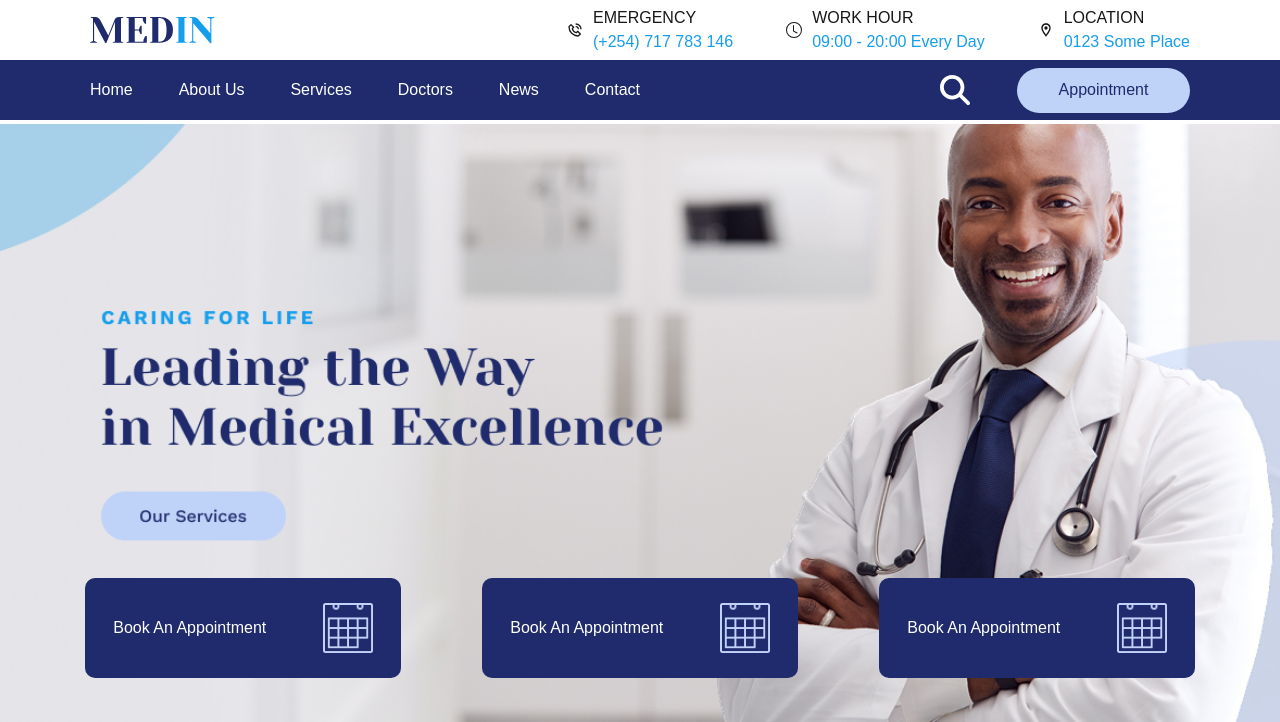
Repository: SynHK3/Poc_Hospital
Page: /home (app in fe_hospital/)
The author's editor kept a copy of each file at every save. The page is drawn from the files as they stood at one save, then again after the next save.
The browser window is 1280 px wide. The pictures show the whole page.
The project was rebuilt for these pictures with package versions that can differ from the ones it lists, and the page was loaded fresh each time. The framework's server and built-in components were replaced by stand-ins that run in the browser. Also part of the build but not shown: fe_hospital/next.config.ts.

Above is the page before, as saved 2025-09-02 14:40:46.

### fe_hospital/src/app/home/page.tsx
import Header from "@/components/header/header";
import Image from "next/image";
import IntroDuce from "./images/home_introduce.png";
import Calendar from "./images/home__calendar.png";
import Teams from "./images/home_teams.png";
import Cash from "./images/home_cash.png";

import "./home.css";

export default function Home() {
  return (
    <div>
      <Header></Header>
      <div className="relative w-full h-[83vh] mt-1 ">
        <Image src={IntroDuce} alt="Logo" fill className="object-cover" />
        <div className="container__content--home">
          <div className="layout--content--home">
            <div className="content__btn--future--item">
              <h1>Book An Appointment</h1>

              <Image src={Calendar} width={50} height={50} alt=""></Image>
            </div>

            <div className="content__btn--future--item">
              <h1>Book An Appointment</h1>

              <Image src={Calendar} width={50} height={50} alt=""></Image>
            </div>

            <div className="content__btn--future--item">
              <h1>Book An Appointment</h1>

              <Image src={Calendar} width={50} height={50} alt=""></Image>
            </div>
          </div>
        </div>
      </div>
    </div>
  );
}

### fe_hospital/src/components/header/header.tsx
import Logo from "../../images/Logo.svg";
import Image from "next/image";
import { BiPhoneCall } from "react-icons/bi";
import { FaMagnifyingGlass } from "react-icons/fa6";
import { BsClock } from "react-icons/bs";
import { MdOutlineLocationOn } from "react-icons/md";
import "./header.css";

export default function Header() {
  return (
    <div className="container__header">
      <div className="header__layout">
        <div className="header__headline">
          <Image src={Logo} width={125} height={42} alt=""></Image>

          <div className="header__headline--info">
            <div className="header__headline--info--item">
              <BiPhoneCall className="icon__info--item"></BiPhoneCall>

              <div className="header__headline--info--desc">
                <h3>EMERGENCY</h3>
                <h5>(+254) 717 783 146</h5>
              </div>
            </div>

            <div className="header__headline--info--item">
              <BsClock className="icon__info--item"></BsClock>

              <div className="header__headline--info--desc">
                <h3>WORK HOUR</h3>
                <h5>09:00 - 20:00 Every Day</h5>
              </div>
            </div>

            <div className="header__headline--info--item">
              <MdOutlineLocationOn className="icon__info--item"></MdOutlineLocationOn>

              <div className="header__headline--info--desc">
                <h3>LOCATION</h3>
                <h5>0123 Some Place</h5>
              </div>
            </div>
          </div>
        </div>

        <div className="header__nav">
          <div className="layout__header--nav">
            <ul className="header__list--nav">
              <li>Home</li>
              <li>About Us</li>
              <li>Services</li>
              <li>Doctors</li>
              <li>News</li>
              <li>Contact</li>
            </ul>

            <div className="header__nav--appoinment">
              <FaMagnifyingGlass fontSize={30}></FaMagnifyingGlass>

              <button className="header__btn--appointment">Appointment</button>
            </div>
          </div>
        </div>
      </div>
    </div>
  );
}

### fe_hospital/src/app/home/home.css
.container__content--home {
  position: absolute;
  display: flex;
  width: 100%;
  height: 77vh;
  align-items: flex-end;
  justify-content: center;
}

.layout--content--home {
  width: 1110px;
  display: flex;
  justify-content: space-between;
}

.content__btn--future--item {
  display: flex;
  justify-content: space-around;
  align-items: center;
  color: white;
  width: 316px;
  height: 100px;
  background-color: #1f2b6c;
  border-radius: 10px;
}

### fe_hospital/src/components/header/header.css
.container__header {
  width: 100%;
  height: 120px;
}

.header__layout {
  display: flex;
  flex-direction: column;
  align-items: center;
  width: 100%;
}

.header__headline {
  display: flex;
  justify-content: space-between;
  width: 1100px;
  height: 60px;
}

.header__headline--info {
  width: 623px;
  display: flex;
  justify-content: space-between;
}

.header__headline--info--desc > h5 {
  color: #159eec;
}

.header__headline--info--item {
  height: 60px;
  display: flex;
  align-items: center;
}

.icon__info--item {
  font-size: 30;
  margin-right: 10px;
}

/* Header Nav */

.header__nav {
  display: flex;
  align-items: center;
  justify-content: center;
  width: 100%;
  height: 60px;
  background-color: #1f2b6c;
  color: white;
}

.layout__header--nav {
  display: flex;
  justify-content: space-between;
  align-items: center;
  width: 1100px;
  height: 60px;
}

.header__list--nav {
  width: 550px;
  display: flex;
  justify-content: space-between;
}

.header__nav--appoinment {
  width: 250px;
  height: 45px;
  display: flex;
  justify-content: space-between;
  align-items: center;
}

.header__btn--appointment {
  color: #1f2b6c;
  width: 173px;
  height: 45px;
  background-color: #bfd2f8;
  border-radius: 30px;
}

Loaded but not shown: fe_hospital/src/app/layout.tsx (common file); fe_hospital/src/app/globals.css (common file)

After the next save:
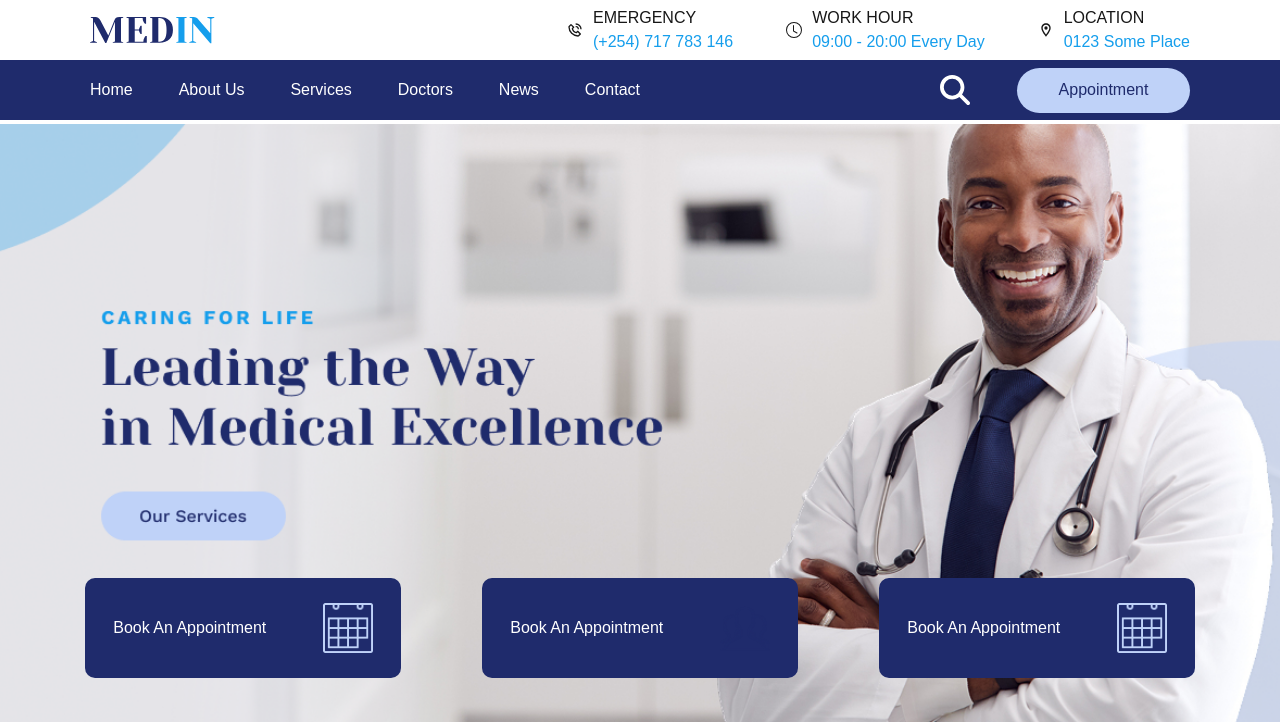
Saved 47 s later.
--- a/fe_hospital/src/app/home/page.tsx
+++ b/fe_hospital/src/app/home/page.tsx
@@ -24,7 +24,7 @@ export default function Home() {
             <div className="content__btn--future--item">
               <h1>Book An Appointment</h1>
 
-              <Image src={Calendar} width={50} height={50} alt=""></Image>
+              <Image src={Teams} width={50} height={50} alt=""></Image>
             </div>
 
             <div className="content__btn--future--item">
